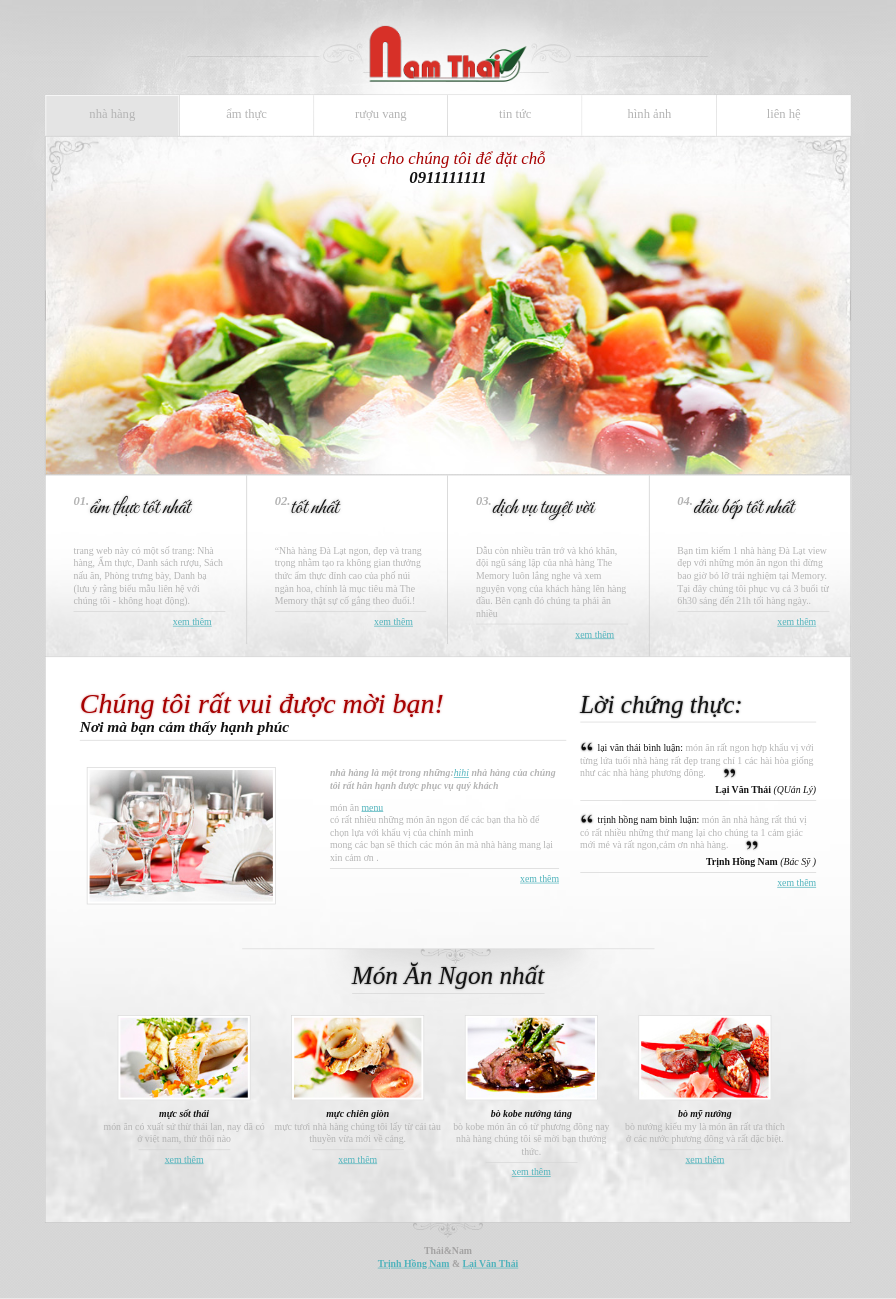
Repository: thaiLVT/DoAnThucTapNamThai
Page: index.html
The author's editor kept a copy of each file at every save. The page is drawn from the files as they stood at one save, then again after the next save.
The browser window is 1280 px wide. The pictures show the whole page, at 70% of full size.

Above is the page before, as saved 2022-04-25 04:22:39.

After the next save:
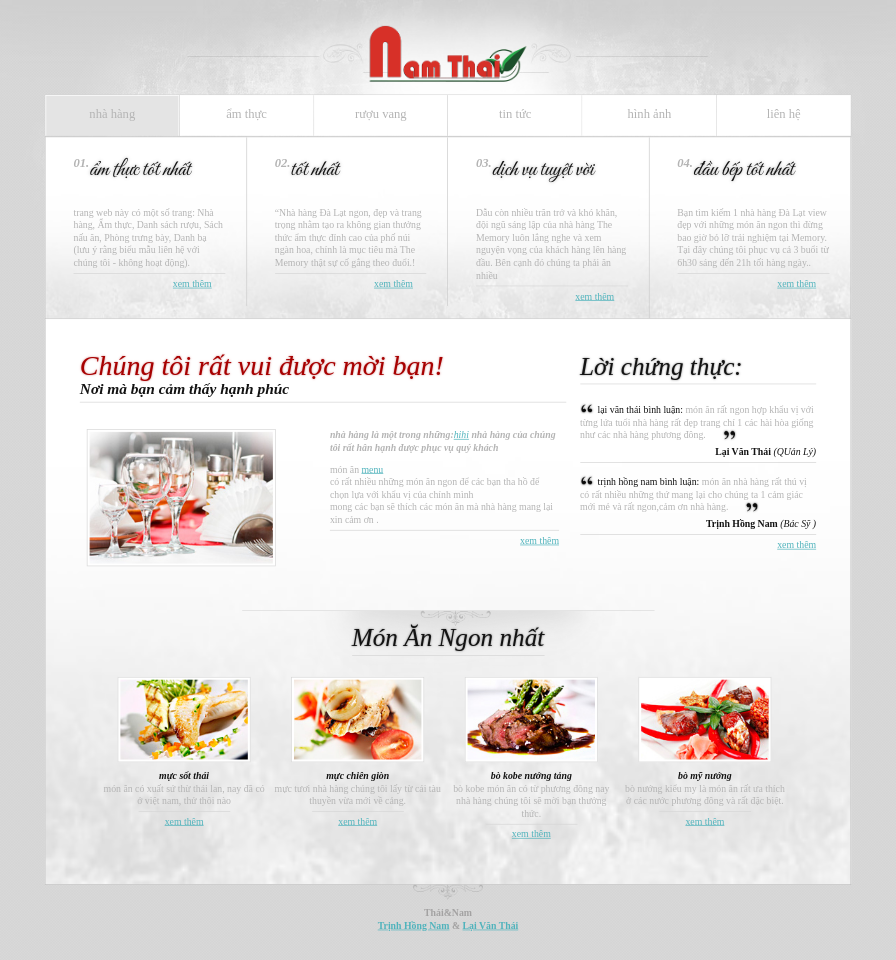
Not found: ${listSider}
Saved 34 s later.
--- a/js/slider.js
+++ b/js/slider.js
@@ -18,6 +18,6 @@ $(document).ready(() => {
         },
     ]
     if (slider) {
-        slider.html('<li><img src="images/slider-3.jpg" alt="" /></li>');
+        slider.html('<li><img src="${listSider}" alt="" /></li>');
     }
 })
